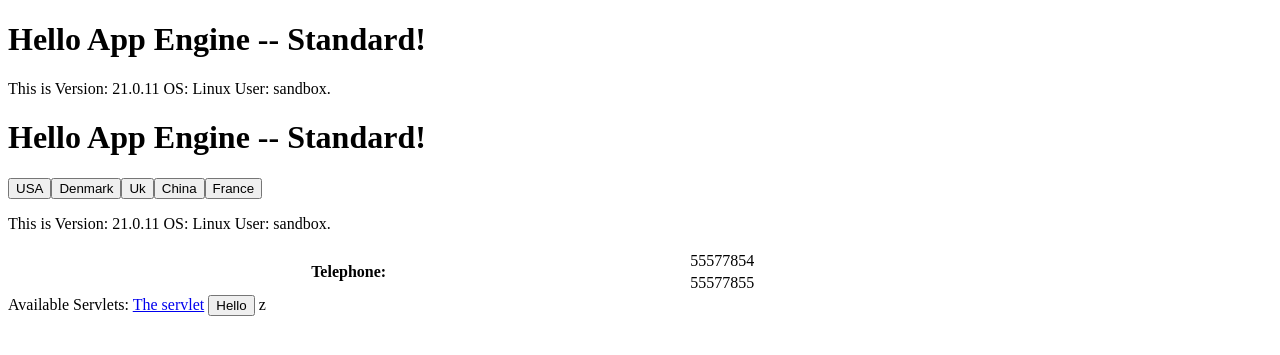
Repository: isauraAlmar/App-Engine-and-Internationalization-with-Java
Page: http://localhost/Marven/
These files come from the project's save history. The page is drawn as it stood at one moment and after the next save; the edit follows.
The browser window is 1280 px wide. The pictures show the whole page.
Some web fonts or font styles are not loaded; a fallback is used. The page is served by Tomcat 9. Other server files are loaded and not shown.

Above is the page before, as saved 2017-05-04 10:29:16.

### Marven/src/main/webapp/index.jsp
<!DOCTYPE html>
<%@ page contentType="text/html;charset=UTF-8" language="java" %>
<%@ page import="com.exemple.HelloInfo" %>
<!-- [START_EXCLUDE] -->
<%--
  ~ Copyright (c) 2016 Google Inc. All Rights Reserved.
  ~
  ~ Licensed under the Apache License, Version 2.0 (the "License"); you
  ~ may not use this file except in compliance with the License. You may
  ~ obtain a copy of the License at
  ~
  ~     http://www.apache.org/licenses/LICENSE-2.0
  ~
  ~ Unless required by applicable law or agreed to in writing, software
  ~ distributed under the License is distributed on an "AS IS" BASIS,
  ~ WITHOUT WARRANTIES OR CONDITIONS OF ANY KIND, either express or
  ~ implied. See the License for the specific language governing
  ~ permissions and limitations under the License.
  --%>
<!-- [END_EXCLUDE] -->
<html>
<head>
  <link href='//fonts.googleapis.com/css?family=Marmelad' rel='stylesheet' type='text/css'>
  <title>Hello App Engine Standard</title>
</head>
<body>
    <h1>Hello App Engine -- Standard!</h1>

  <p>This is <%= HelloInfo.getInfo() %>.</p>
  <table>

  <h1>Hello App Engine -- Standard!</h1>

    <button >USA</button>
    <button >Denmark</button>
	<button >Uk</button>
	<button >China</button>
	<button >France</button>

<p>This is <%= HelloInfo.getInfo() %>.</p>
 <table style="width:100%">

  <tr>
    <th rowspan="2">Telephone:</th>
    <td>55577854</td>
  </tr>
  <tr>
    <td>55577855</td>
  </tr>
</table>

    <tr>
      <td colspan="2" style="font-weight:bold;">Available Servlets:</td>
    </tr>
    <tr>
      <td><a href='/hello'>The servlet</a></td>
    </tr>
  </table>
  <button >Hello</button>
  z

</body>
</html>

### Marven/src/main/java/com/exemple/HelloInfo.java
/*
 * Copyright (c) 2016 Google Inc. All Rights Reserved.
 *
 * Licensed under the Apache License, Version 2.0 (the "License"); you
 * may not use this file except in compliance with the License. You may
 * obtain a copy of the License at
 *
 *     http://www.apache.org/licenses/LICENSE-2.0
 *
 * Unless required by applicable law or agreed to in writing, software
 * distributed under the License is distributed on an "AS IS" BASIS,
 * WITHOUT WARRANTIES OR CONDITIONS OF ANY KIND, either express or
 * implied. See the License for the specific language governing
 * permissions and limitations under the License.
 */

package com.exemple;

// [START example]
/**
 * Generate some simple information.
 */
public class HelloInfo {

  public static String getInfo() {
    return "Version: " + System.getProperty("java.version")
          + " OS: " + System.getProperty("os.name")
          + " User: " + System.getProperty("user.name");
  }

  public static String Country (){
	  String stn = new String();
	  stn = "USA";
	  return stn;
  }
}
// [END example]

After the next save:
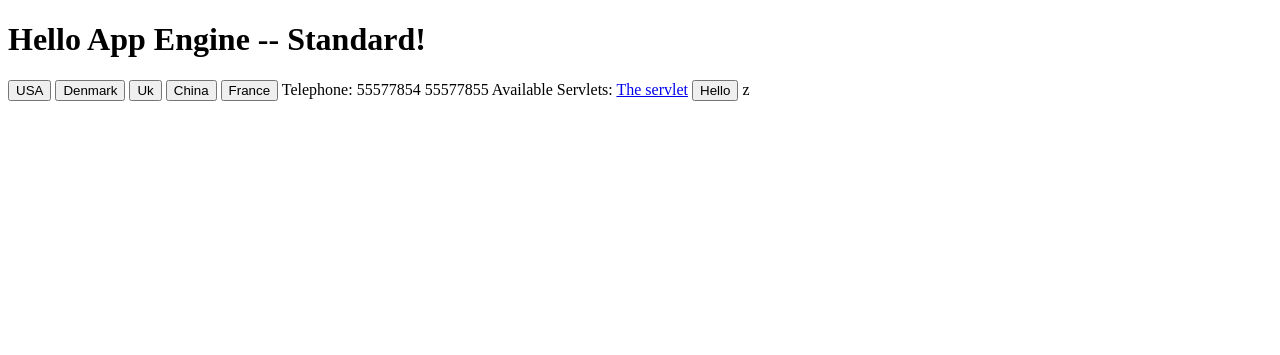
Saved 2 min 27 s later.
--- a/Marven/src/main/webapp/index.jsp
+++ b/Marven/src/main/webapp/index.jsp
@@ -24,10 +24,7 @@
   <title>Hello App Engine Standard</title>
 </head>
 <body>
-    <h1>Hello App Engine -- Standard!</h1>
 
-  <p>This is <%= HelloInfo.getInfo() %>.</p>
-  <table>
 
   <h1>Hello App Engine -- Standard!</h1>
 
@@ -37,8 +34,7 @@
 	<button >China</button>
 	<button >France</button>
 
-<p>This is <%= HelloInfo.getInfo() %>.</p>
- <table style="width:100%">
+
 
   <tr>
     <th rowspan="2">Telephone:</th>
